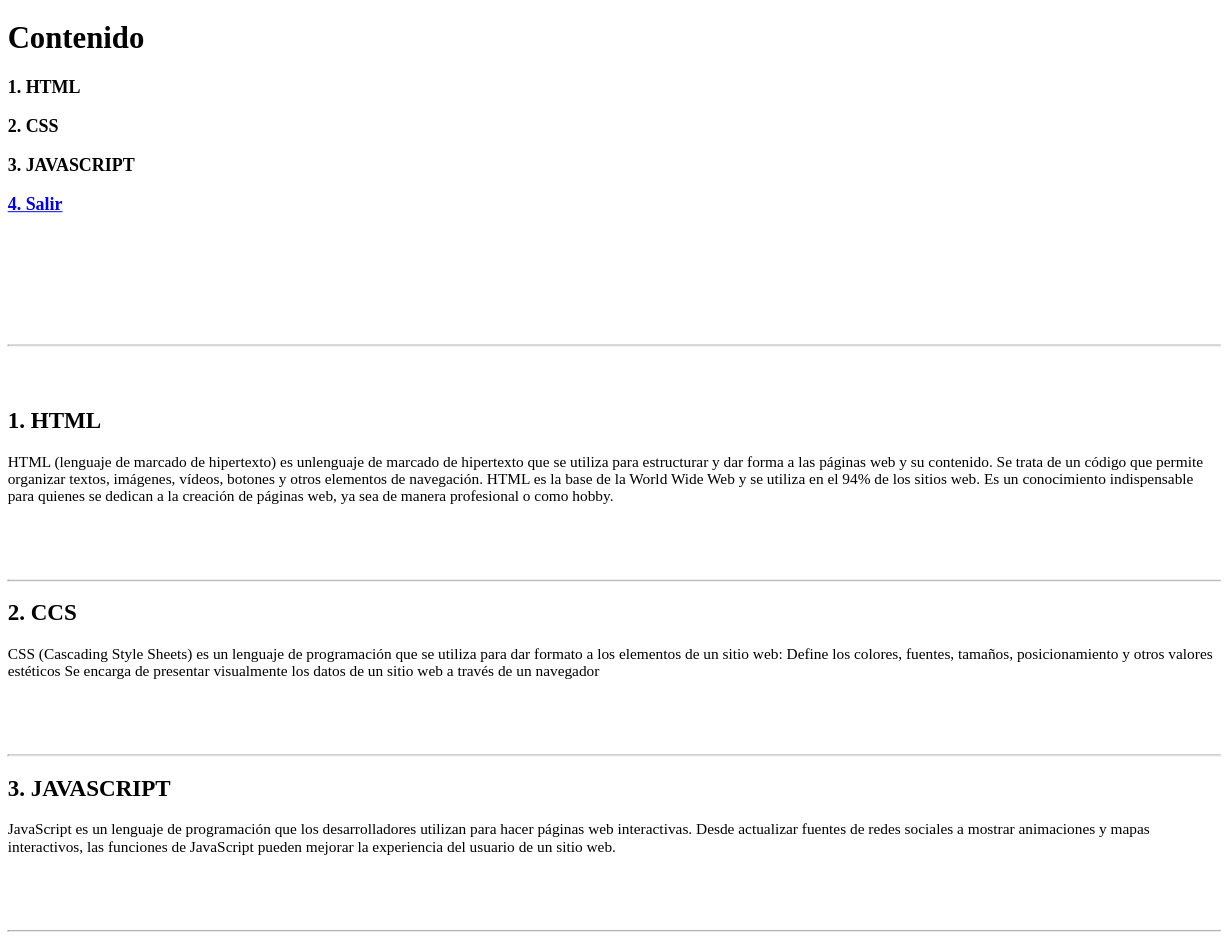
Repository: sebastianm7713/clase1
Page: pagina3.html
These files come from the project's save history. The page is drawn as it stood at one moment and after the next save; the edit follows.
The browser window is 1280 px wide. The pictures show the whole page, at 96% of full size.

Above is the page before, as saved 2024-11-13 09:37:28.

### pagina3.html
<!DOCTYPE html>
<html lang="en">
<head>
    <meta charset="UTF-8">
    <meta name="viewport" content="width=device-width, initial-scale=1.0">
    <title>Document</title>
</head>
<body>
    <h1>Contenido</h1>
    <a href="#HTML"></a> <h3>1. HTML </h3>
    <a href="#CSS"></a> <h3>2. CSS </h3>
    <a href="#JAVASCRIPT"></a><h3>3. JAVASCRIPT</h3>

    <a href="/index.html"><h3>4. Salir</h3></a>
    <br><br><br><br><br><br>
    <hr>
    <br><br>

    <h2 id="#HTML">1. HTML </h2>
    <p>HTML (lenguaje de marcado de hipertexto) es unlenguaje de marcado de hipertexto que se utiliza para estructurar y dar forma a las páginas web y su contenido. Se trata de un código que permite organizar textos, imágenes, vídeos, botones y otros elementos de navegación.
    HTML es la base de la World Wide Web y se utiliza en el 94% de los sitios web. Es un conocimiento indispensable para quienes se dedican a la creación de páginas web, ya sea de manera profesional o como hobby.
    </p>
    <br><br><br>
    <hr>
    <h2 id="#CSS">2. CCS</h2>
    <p>CSS (Cascading Style Sheets) es un lenguaje de programación que se utiliza para dar formato a los elementos de un sitio web:

    Define los colores, fuentes, tamaños, posicionamiento y otros valores estéticos
    Se encarga de presentar visualmente los datos de un sitio web a través de un navegador
    </p>
    <br><br><br>
            <hr>
            <h2 id="#JAVASCRIPT">3. JAVASCRIPT </h2>
            <p>JavaScript es un lenguaje de programación que los desarrolladores utilizan para hacer páginas web interactivas. Desde actualizar fuentes de redes sociales a mostrar animaciones y mapas interactivos, las funciones de JavaScript pueden mejorar la experiencia del usuario de un sitio web.</p>
            <br><br><br>
            <hr>


</body>
</html>

After the next save:
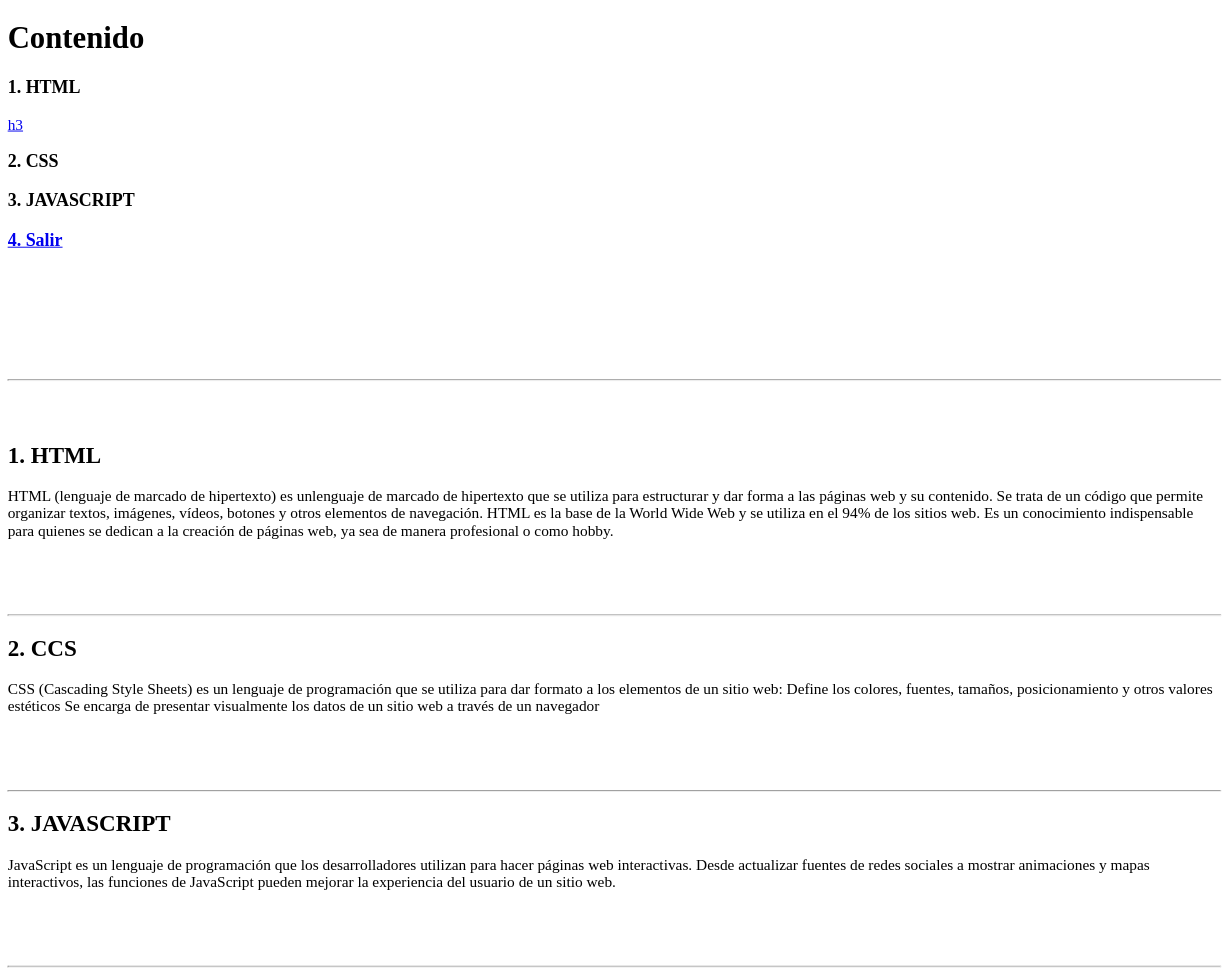
Saved 17 s later.
--- a/pagina3.html
+++ b/pagina3.html
@@ -8,7 +8,7 @@
 <body>
     <h1>Contenido</h1>
     <a href="#HTML"></a> <h3>1. HTML </h3>
-    <a href="#CSS"></a> <h3>2. CSS </h3>
+    <a href="#CSS">h3</a> <h3>2. CSS </h3>
     <a href="#JAVASCRIPT"></a><h3>3. JAVASCRIPT</h3>
 
     <a href="/index.html"><h3>4. Salir</h3></a>

After the save that followed:
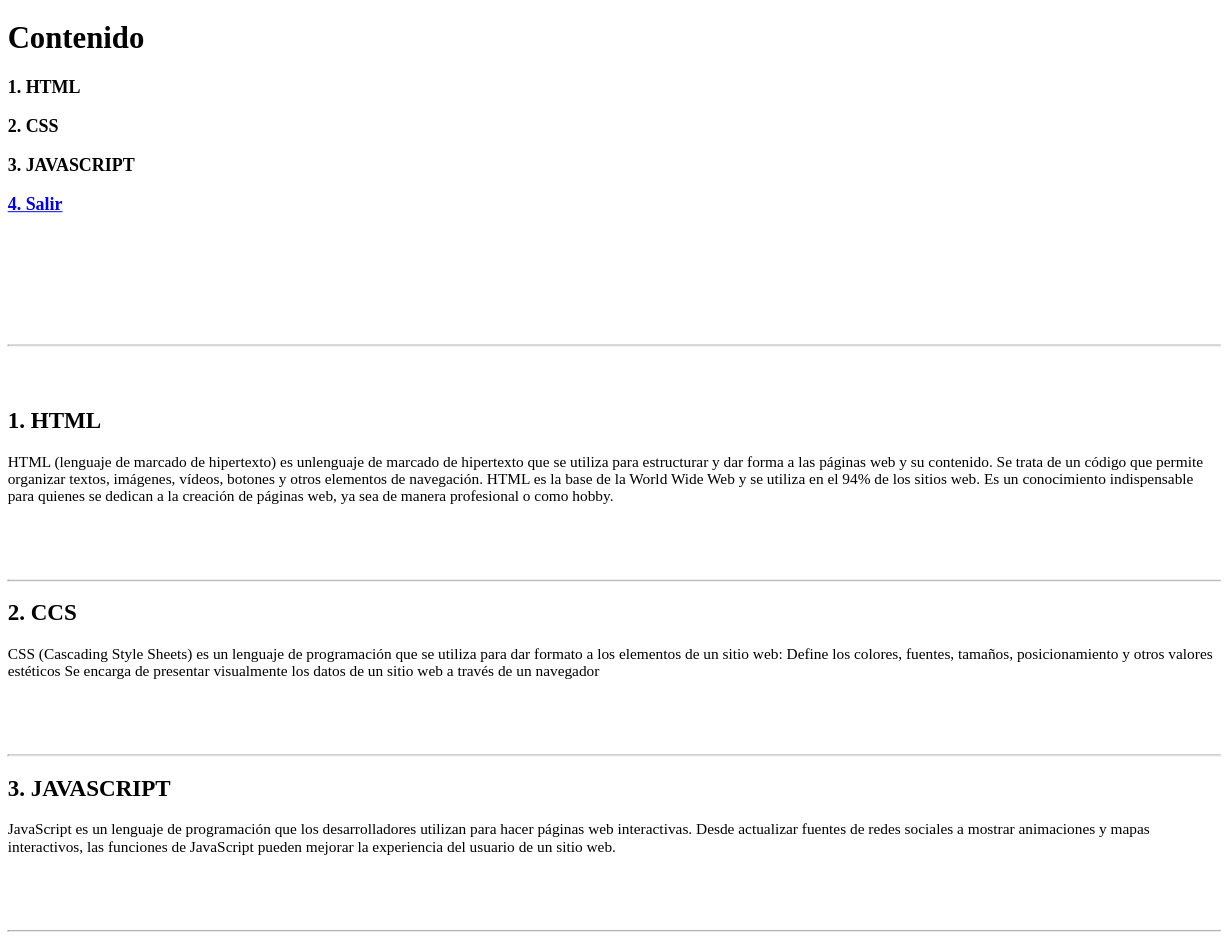
Saved 11 s later.
--- a/pagina3.html
+++ b/pagina3.html
@@ -8,7 +8,7 @@
 <body>
     <h1>Contenido</h1>
     <a href="#HTML"></a> <h3>1. HTML </h3>
-    <a href="#CSS">h3</a> <h3>2. CSS </h3>
+    <h3>2. CSS </h3>
     <a href="#JAVASCRIPT"></a><h3>3. JAVASCRIPT</h3>
 
     <a href="/index.html"><h3>4. Salir</h3></a>
